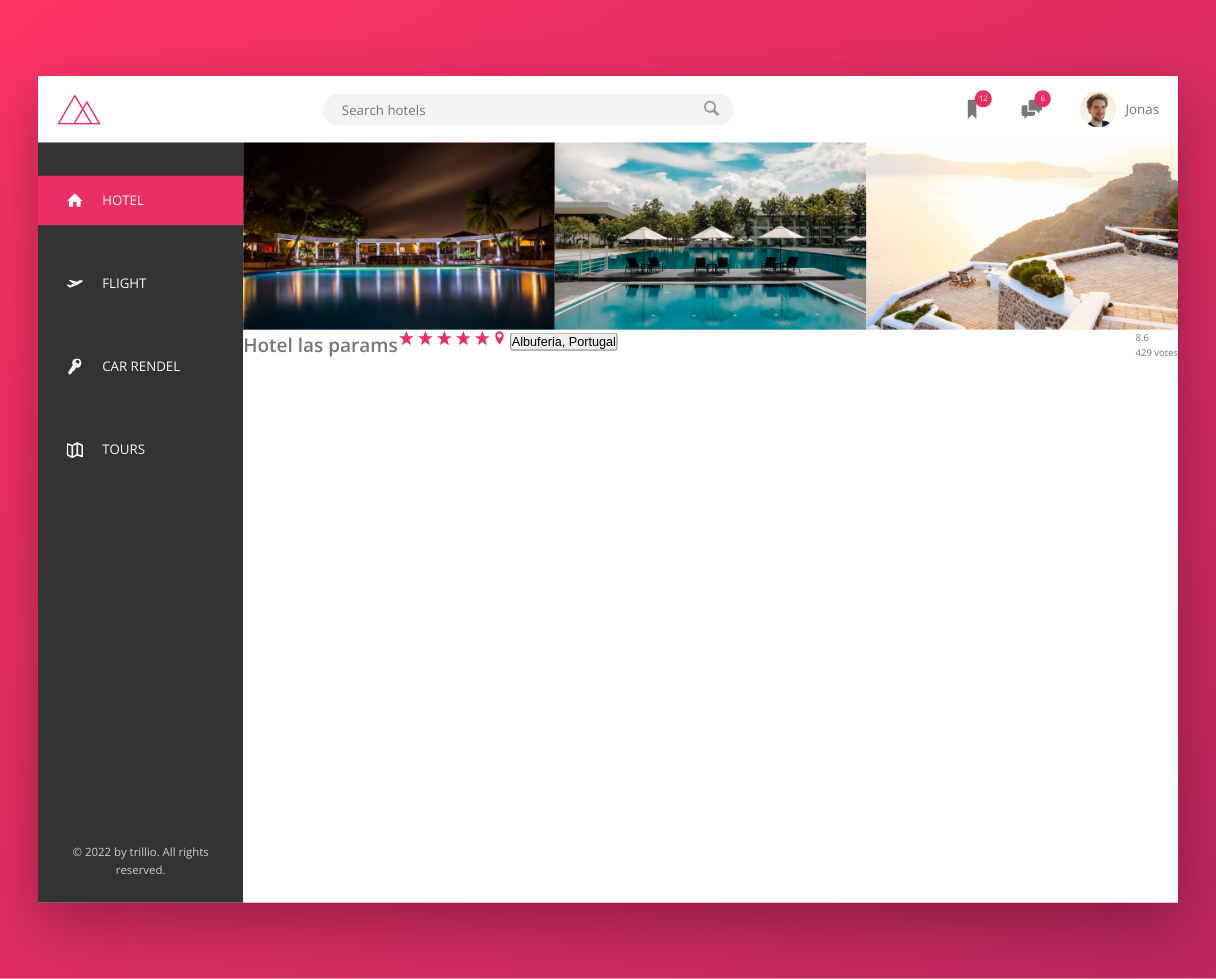
Repository: mohamediyas/flex_website
Page: index.html
An editor plug-in stored every save of this project. The page is shown before and after the next save, followed by the edit.
The browser window is 1280 px wide. The pictures show the whole page, at 95% of full size.
The style sheet was rebuilt from its Sass, Less or Tailwind sources for each picture, by a compiler version that may differ from the author's.

Above is the page before, as saved 2022-08-06 12:53:45.

After the next save:
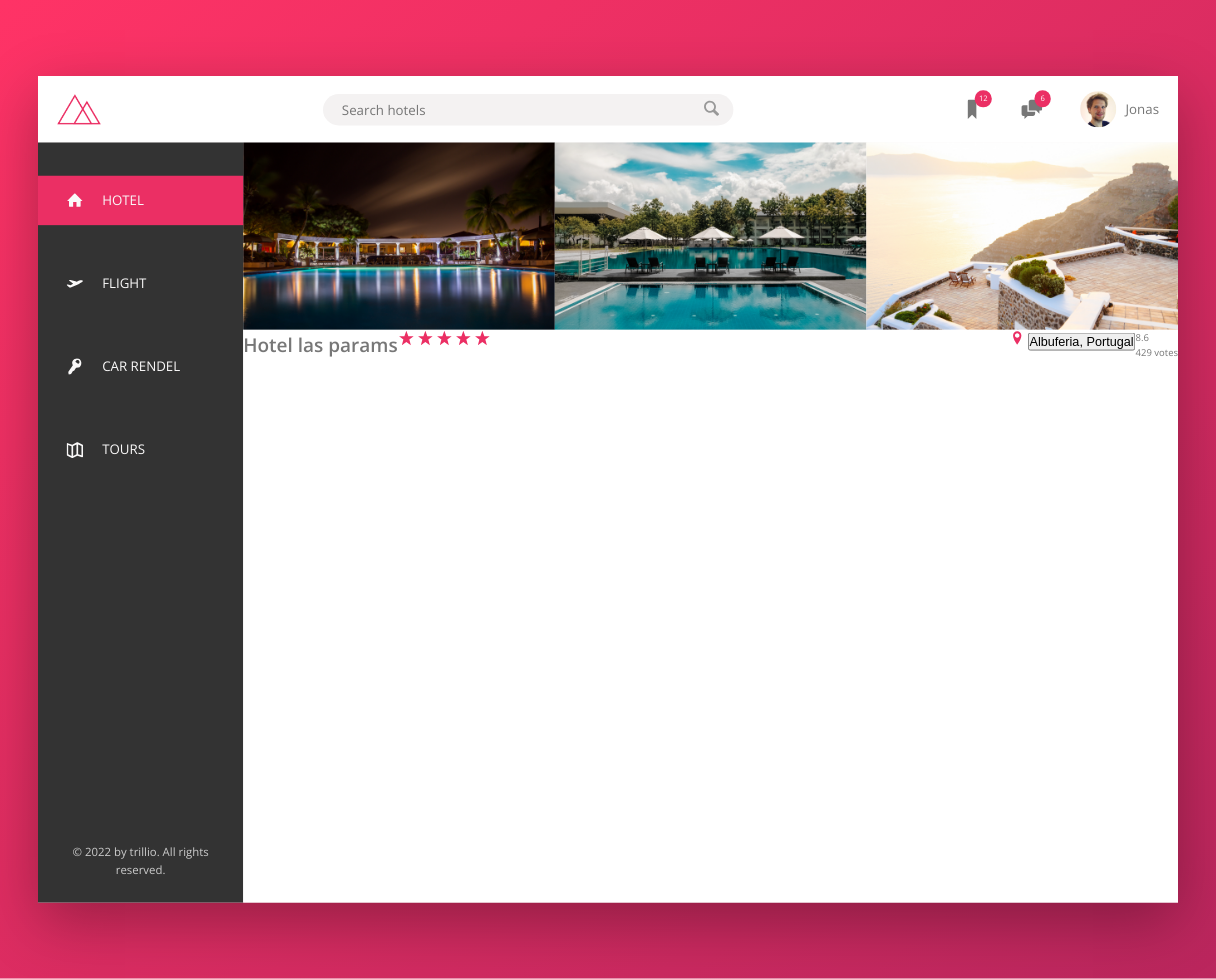
Saved 22 s later.
--- a/sass/_components.scss
+++ b/sass/_components.scss
@@ -196,6 +196,7 @@
   &__heading {
   }
   &__stars {
+    flex: 1;
   }
   &__icon-star,
   &__icon-location {
@@ -204,7 +205,6 @@
     fill: var(--color-primary);
   }
   &__location {
-    flex: 1;
   }
   &__rating {
   }
